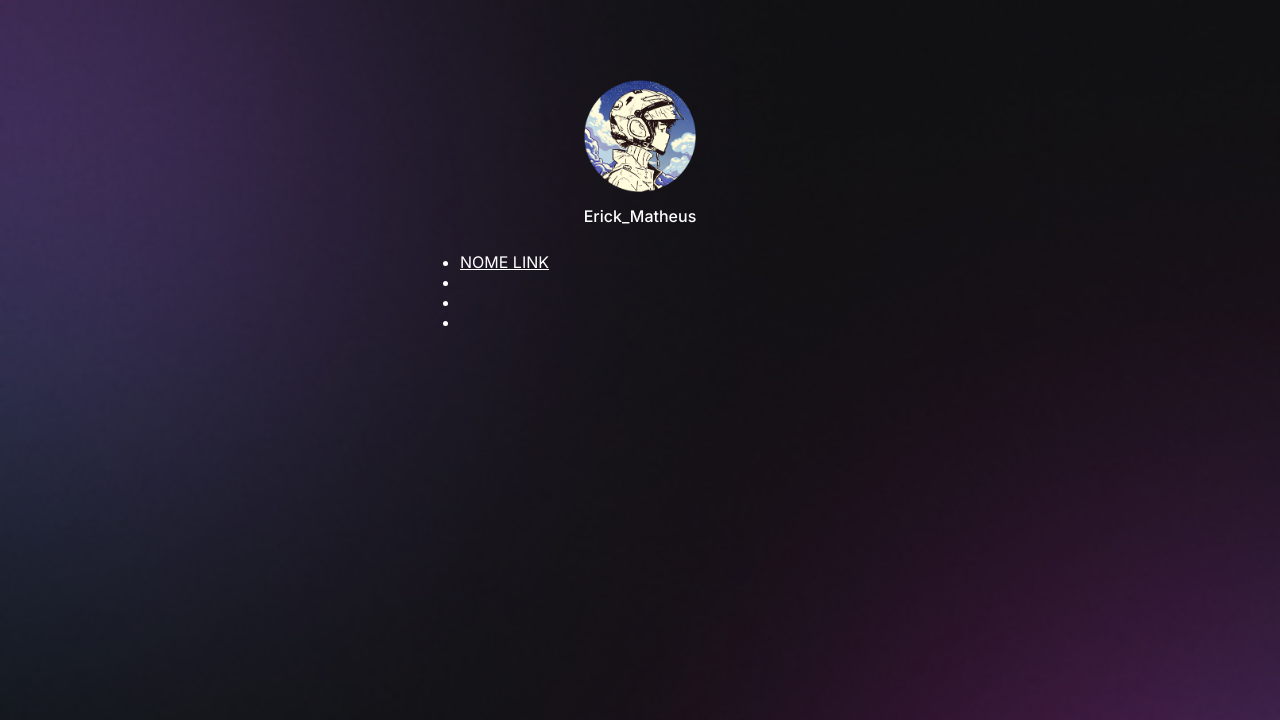
Repository: e-rickmatheus/project_dev_links
Page: index.html
An editor plug-in stored every save of this project. The page is shown before and after a run of saves, followed by the edit.
The browser window is 1280 px wide. The pictures show the whole page.

Above is the page before, as saved 2025-04-02 18:11:24.

After the next 3 saves:
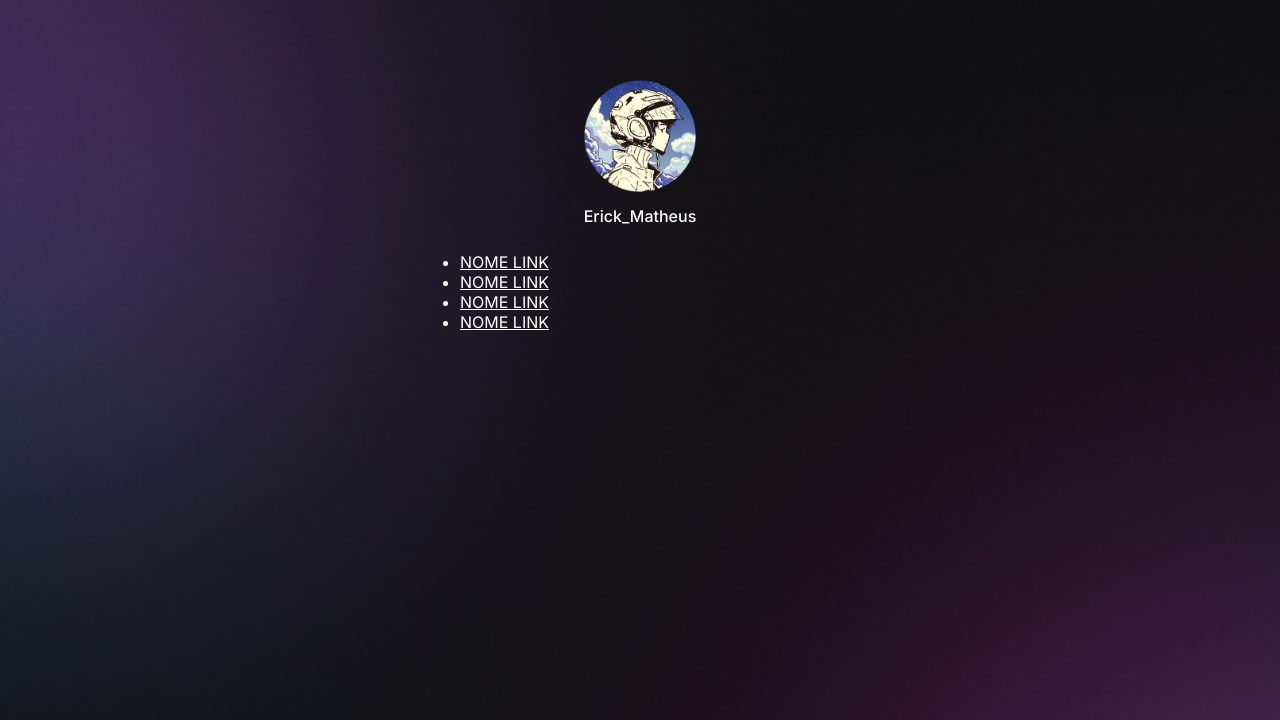
The 3 saves are shown as one change because they came seconds apart.
The last was saved 12 s later.
--- a/index.html
+++ b/index.html
@@ -23,9 +23,15 @@
     <li>
       <a href="#">NOME LINK</a>
     </li>
-    <li></li>
-    <li></li>
-    <li></li>
+    <li>
+        <a href="#">NOME LINK</a>
+    </li>
+    <li>
+        <a href="#">NOME LINK</a>
+    </li>
+    <li>
+        <a href="#">NOME LINK</a>
+    </li>
   </ul>
   </div>
 
